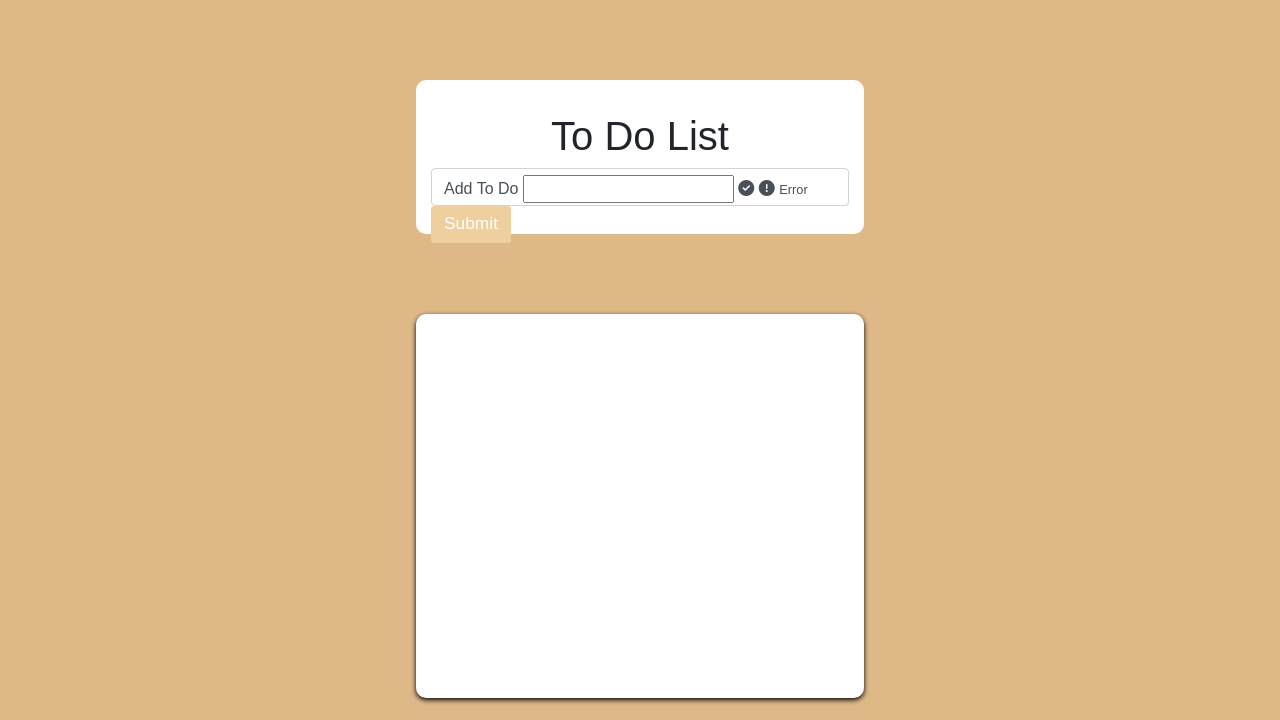
Repository: skepp4rn/todolist
Page: index.html
These files come from the project's save history. The page is drawn as it stood at one moment and after a run of saves; the edit follows.
The browser window is 1280 px wide. The pictures show the whole page.
The page's requests for data from a server got no answer. Some web libraries are served in a nearby version.

Above is the page before, as saved 2021-01-28 11:46:02.

After the next 3 saves:
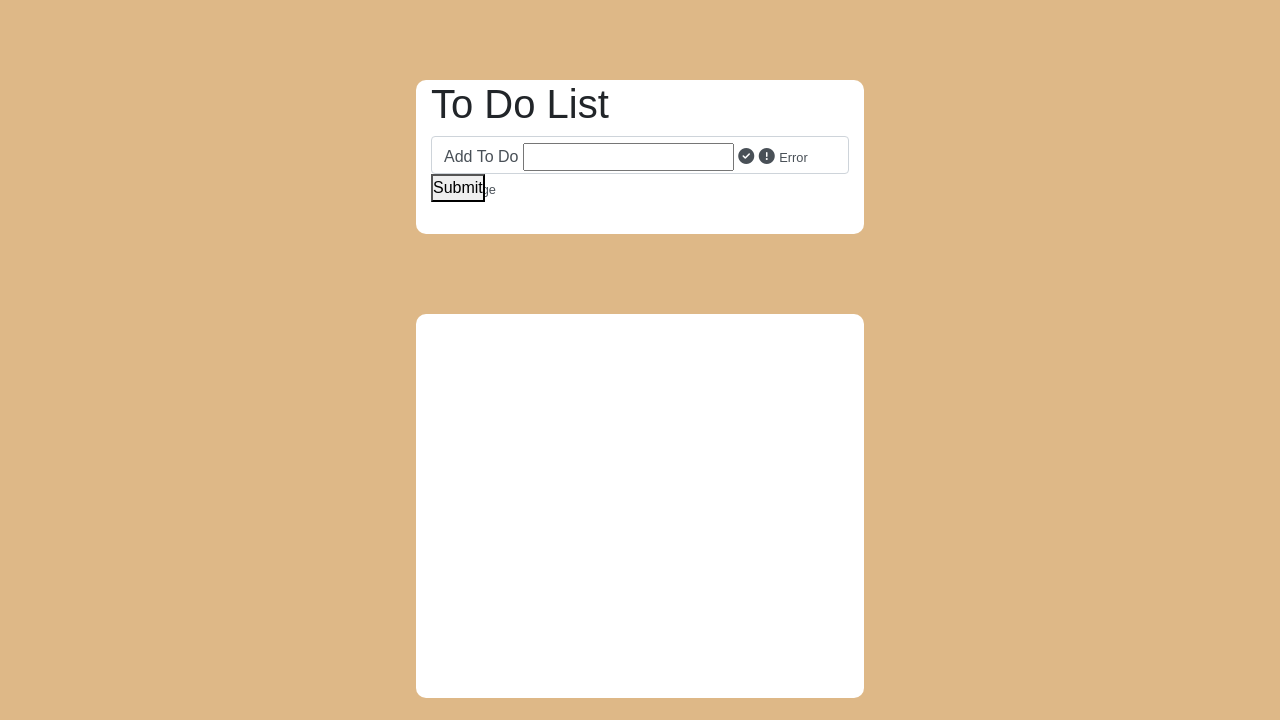
The 3 saves are shown as one change because they came seconds apart.
The last was saved 14 s later.
--- a/css/style.css
+++ b/css/style.css
@@ -20,7 +20,6 @@
     margin-top: 5rem;
     padding-bottom: 2rem;
     height: 12vw;
-    box-shadow: 1 2px 5px black;
 }
 
 .container2 {
@@ -33,8 +32,7 @@
     padding-bottom: 2rem;
     height: 30vw;
     overflow-y: auto;
-    box-shadow: 0 2px 5px black;
-}
+
 
 #header {
     margin-top: 2rem;

After the save that followed:
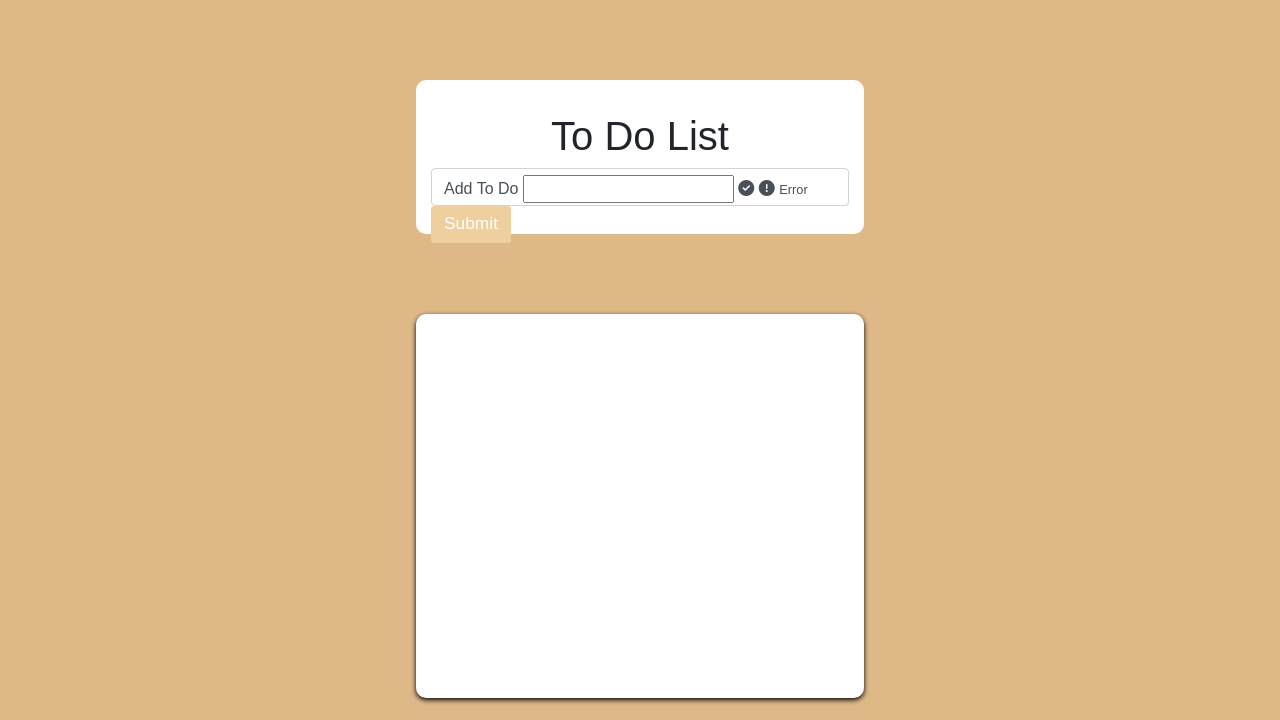
Saved 6 s later.
--- a/css/style.css
+++ b/css/style.css
@@ -32,7 +32,8 @@
     padding-bottom: 2rem;
     height: 30vw;
     overflow-y: auto;
-
+    box-shadow: 0 2px 5px black;
+}
 
 #header {
     margin-top: 2rem;
